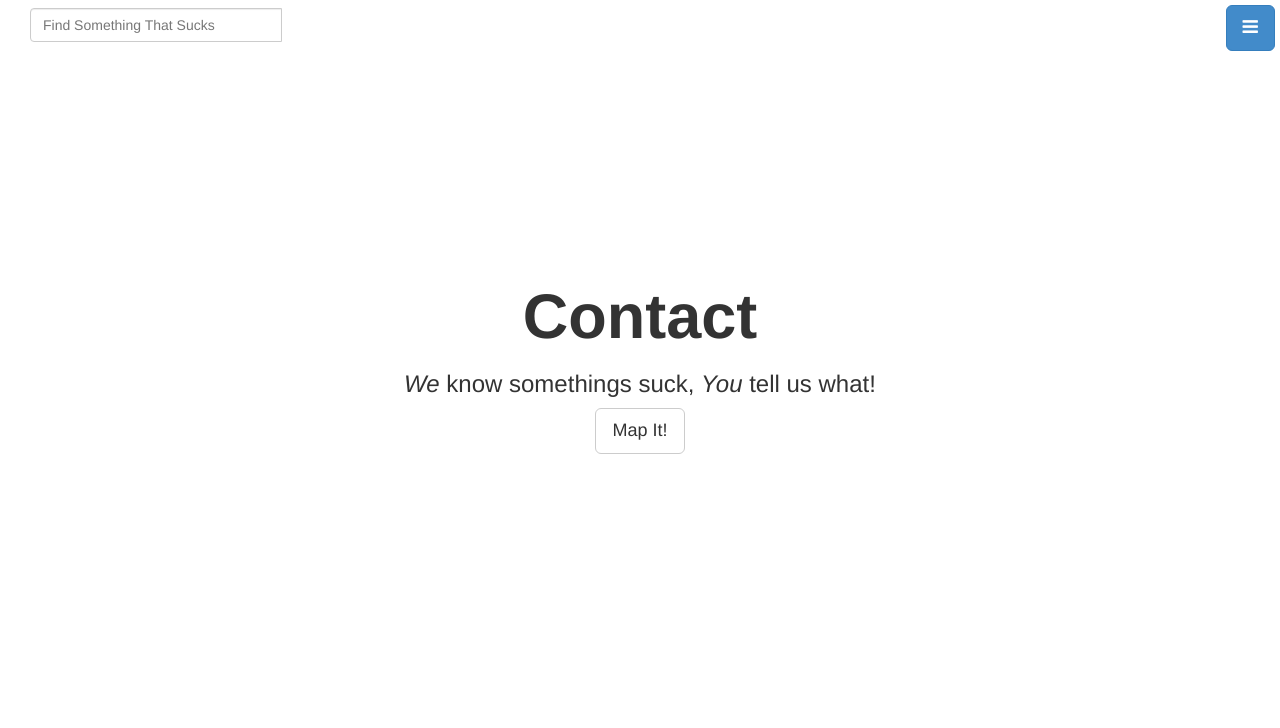
Repository: rajisreehari/sr
Page: http://localhost/SRWeb/WEB-INF/views/sr/contact.jsp
An editor plug-in stored every save of this project. The page is shown before and after the next save, followed by the edit.
The browser window is 1280 px wide. The pictures show the part of the page from y = 0 to 728 px (the page is 1647 px tall).
Pictures or frames that could not be fetched are drawn as grey boxes. Backgrounds fixed to the window are drawn as part of the page. The page is served by Tomcat 9. Nobody is signed in. The template is opened directly, without the code that normally fills it, so the values that code supplies are empty.

Above is the page before, as saved 2014-07-16 16:28:35.

After the next save:
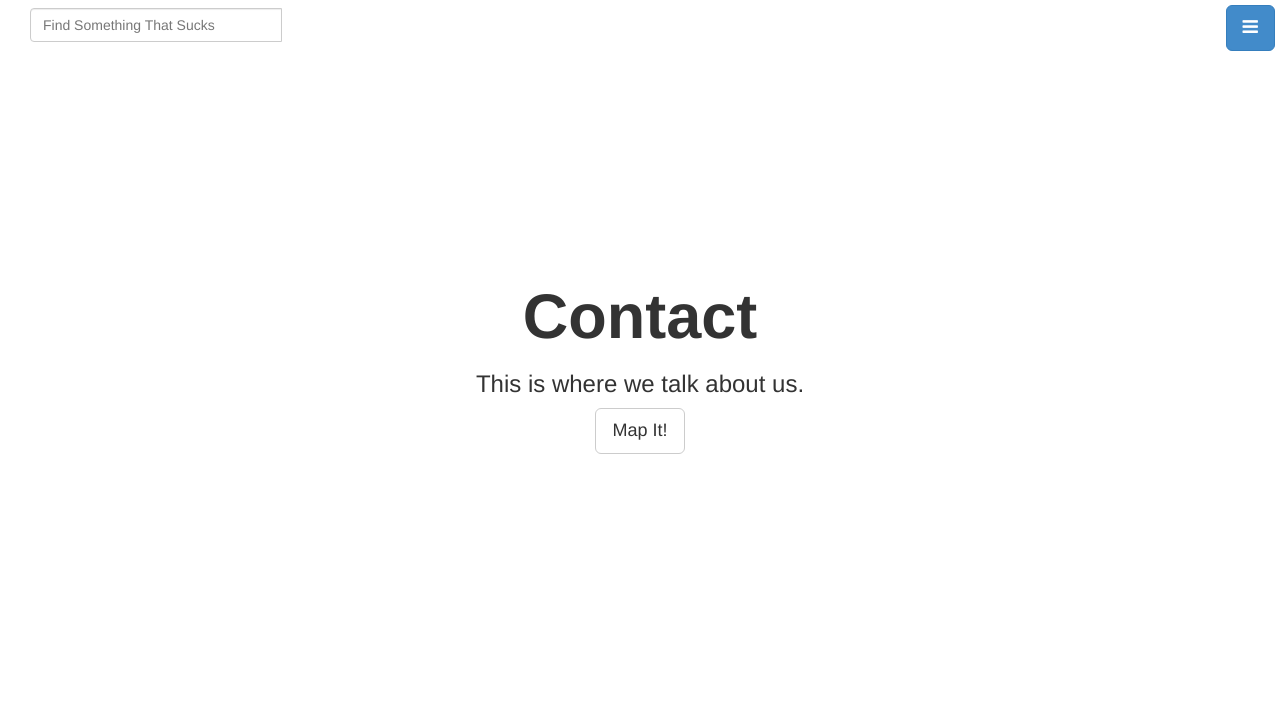
Saved 21 s later.
--- a/SRWeb/WebContent/WEB-INF/views/sr/contact.jsp
+++ b/SRWeb/WebContent/WEB-INF/views/sr/contact.jsp
@@ -7,8 +7,7 @@
         <div class="vert-text">
             <h1>Contact</h1>
             <h3>
-                <em>We</em> know somethings suck,
-                <em>You</em> tell us what!</h3>
+                This is where we talk about us.</h3>
             <a href="#about" class="btn btn-default btn-lg">Map It!</a>
         </div>
     </div>
